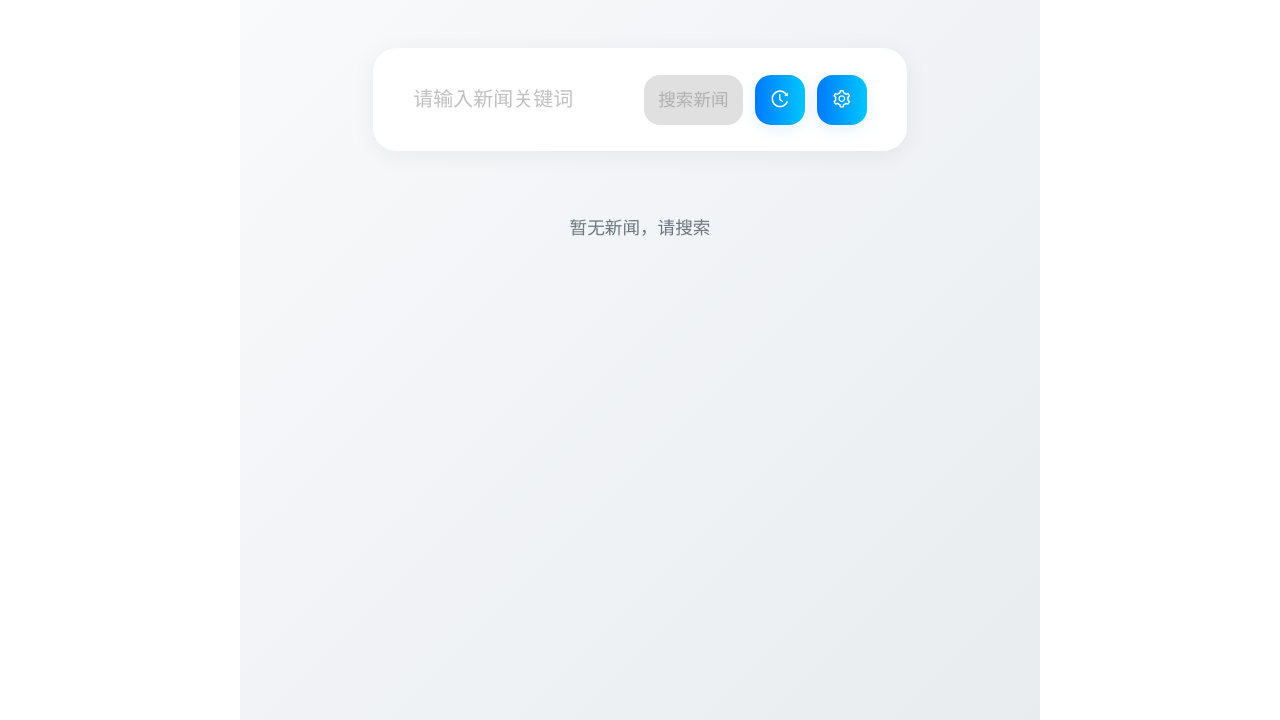
Repository: XJN7197/NewsAssistantBaseMCP
Page: / (app in frontend/)
An editor plug-in stored every save of this project. The page is shown before and after the next save, followed by the edit.
The browser window is 1280 px wide. The pictures show the whole page.
The project was rebuilt for these pictures with package versions that can differ from the ones it lists, and the page was loaded fresh each time. Also part of the build but not shown: frontend/vite.config.ts.

Above is the page before, as saved 2025-05-23 18:36:31.

### frontend/src/App.tsx
import { useState } from 'react'
import Home from './pages/Home'
import './App.css'

function App() {

  return (
    <>
      <Home/>
    </>
  )
}

export default App

### frontend/src/pages/Home.module.css
.home-container {
  height: 100vh;
  width: 800px;
  background: linear-gradient(135deg, #f8fafc 0%, #e9ecef 100%);
  display: flex;
  flex-direction: column;
  align-items: center;
  padding: 48px 0 48px 0; /* 调整了上下padding，左右padding设为0，因为内容区会通过max-width控制 */
  font-family: -apple-system, BlinkMacSystemFont, "Segoe UI", Roboto, "Helvetica Neue", Arial, "PingFang SC", "Hiragino Sans GB", "Microsoft YaHei", sans-serif;
}

.search-bar {
  display: flex;
  justify-content: flex-end; /* 右对齐 */
  align-items: center;
  gap: 12px; /* 固定间距 */
  position: sticky;
  top: 0;
  z-index: 1;
  background: #fff;
  border-radius: 24px;
  box-shadow: 0 4px 24px 0 rgba(0,0,0,0.06);
  padding: 24px 40px;
  margin-bottom: 24px;
  width: 66.66%;
  max-width: none;
}

.search-bar input[type="text"] {
  flex: 1; /* 让输入框占据剩余空间 */
  min-width: 0; /* 防止flex子元素溢出 */
  border: none;
  outline: none;
  font-size: 1.25rem;
  background: transparent;
  color: #222;
  padding: 12px 6px;
}

.search-bar button {
  height: 50px;
  background: linear-gradient(90deg, #007aff 0%, #00c6fb 100%);
  color: #fff;
  border: none;
  border-radius: 16px; /* 更大的圆角 */
  padding: 14px 36px; /* 增加了按钮padding */
  font-size: 1.1rem; /* 稍大字体 */
  font-weight: 500;
  cursor: pointer;
  transition: background 0.2s, box-shadow 0.2s;
  box-shadow: 0 4px 16px 0 rgba(0,122,255,0.10); /* 按钮阴影 */
}

.search-bar button:disabled {
  background: #e0e0e0;
  color: #b0b0b0;
  cursor: not-allowed;
  box-shadow: none;
}

.news-list-container { /* Renamed from .news-list */
  width: 66.66%; /* 宽度固定为视口宽度的2/3 */
  /* height: 1500px; 高度固定为1500px */
  max-width: none; /* 移除最大宽度限制 */
  margin-bottom: 40px;
  min-height: 180px; /* 最小高度，避免内容过少时塌陷 */
  display: flex;
  flex-direction: column;
  gap: 24px; /* 新闻卡片之间的间距 */
  overflow-y: auto; /* 添加垂直滚动 */
  /* 可以在这里添加新闻卡片的样式，或者为新闻卡片组件单独创建样式文件 */
}

/* 针对 news-list 中暂无新闻的提示文本样式 */
.news-list > div {
  color: #6c757d; /* 柔和的提示文字颜色 */
  font-size: 1.1rem;
  text-align: center;
  padding: 40px 0;
}

/* Styles for .news-card, .checkbox-container, .news-content, .news-title, .news-desc, .news-link are removed as Ant Design components handle them */

/* 错误消息样式 */
.error-message {
  color: #dc3545; /* 红色错误提示 */
  font-size: 1.1rem;
  text-align: center;
  padding: 40px 0;
}


.analyze-btn {
  margin-bottom: 32px;
}

.analyze-btn button {
  background: linear-gradient(90deg, #34e89e 0%, #0f3443 100%); /* 保持了之前的渐变色 */
  color: #fff;
  border: none;
  border-radius: 16px; /* 更大的圆角 */
  padding: 16px 48px; /* 增加了按钮padding */
  font-size: 1.2rem; /* 稍大字体 */
  font-weight: 600;
  cursor: pointer;
  transition: background 0.2s, box-shadow 0.2s;
  box-shadow: 0 4px 16px 0 rgba(52,232,158,0.10); /* 按钮阴影 */
}

.analyze-btn button:disabled {
  background: #e0e0e0;
  color: #b0b0b0;
  cursor: not-allowed;
  box-shadow: none;
}

/* Styles for .report-modal and its children are removed as Ant Design Modal component handles them */

### frontend/src/mock/newsData.ts
export const mockNewsData = {
    news_list: [
      {
        title: "Qwen引领AI前端技术革新：深度解析一句话开发网页的突破_模型_行业_创新",
        desc: "在人工智能快速发展的2025年，来自量子位的最新报道显示，AI技术正迎来前所未有的革新，尤其是在前端开发领域。由Qwen推出的“AI前端工程师”WebDev工具，以...",
        url: "https://news.sohu.com/a/893821748_121924584"
      },
      {
        title: "谷歌推Gemini2.5Pro模型，AI 助力前端开发与复杂编程",
        desc: "谷歌推Gemini2.5Pro模型#，AI 助力前端开发与复杂编程】5 月7 日消息，科技媒体The Decoder 昨日（5 月6 日）发布博文，报道称谷歌为预热今年的I/O...",
        url: "https://news.sina.com.cn/external/car/2025-05-07/doc-inevtine1324735.shtml"
      },
      {
        title: "前端程序员请注意！首个截图就能生成现代前端代码的AI来了 | 已开源",
        desc: "现在截图生成代码，已经来到了一个新高度——. ⾸个⾯向现代前端代码⽣成的多模态⼤模型解决⽅案，来了！ 而且是开源的那种。 前端程序员请注意！首个截图就能...",
        url: "https://www.qbitai.com/2025/02/258521.html"
      },
      {
        title: "AI包办79%代码，程序员饭碗不保，前端开发要凉，人类只配改Bug？",
        desc: "编码助手更偏向自动化。有79%的Claude Code对话可以被归为「自动化」，即AI直接完成任务，而不是与人类协作「增强」。相比之下，Claude.ai的对话中只有49%是...",
        url: "https://m.36kr.com/p/3271134281245063"
      },
      {
        title: "武汉烽火申请前后端协同开发方法专利，大大降低前后端耦合度",
        desc: "本文源自:金融界. 金融界2025年5月15日消息，国家知识产权局信息显示，武汉烽火信息集成技术有限公司申请一项名为“前后端协同开发方法、装置、设备及可...",
        url: "https://cj.sina.cn/articles/view/1704103183/65928d0f02007wlqg?froms=ggmp"
      }
    ]
  };

### frontend/src/mock/reportData.ts
// 模拟舆情分析报告数据
export const mockReportData = {
  report: `
  **分析时间：** 2025-05-22 20:48:32

  ---

  ## 📥 原始新闻内容

  ### 新闻1
  - **标题**: Qwen引领AI前端技术革新：深度解析一句话开发网页的突破_模型_行业_创新
  - **描述**: 在人工智能快速发展的2025年，来自量子位的最新报道显示，AI技术正迎来前所未有的革新，尤其是在前端开发领域。由Qwen推出的“AI前端工程师”WebDev工具，以...
  - **链接**: https://news.sohu.com/a/893821748_121924584

  ### 新闻2
  - **标题**: 谷歌推Gemini2.5Pro模型，AI 助力前端开发与复杂编程
  - **描述**: 谷歌推Gemini2.5Pro模型#，AI 助力前端开发与复杂编程】5 月7 日消息，科技媒体The Decoder 昨日（5 月6 日）发布博文，报道称谷歌为预热今年的I/O...
  - **链接**: https://news.sina.com.cn/external/car/2025-05-07/doc-inevtine1324735.shtml

  ### 新闻3
  - **标题**: 前端程序员请注意！首个截图就能生成现代前端代码的AI来了 | 已开源
  - **描述**: 现在截图生成代码，已经来到了一个新高度——. ⾸个⾯向现代前端代码⽣成的多模态⼤模型解决⽅案，来了！ 而且是开源的那种。 前端程序员请注意！首个截图就能...
  - **链接**: https://www.qbitai.com/2025/02/258521.html

  ### 新闻4
  - **标题**: AI包办79%代码，程序员饭碗不保，前端开发要凉，人类只配改Bug？
  - **描述**: 编码助手更偏向自动化。有79%的Claude Code对话可以被归为「自动化」，即AI直接完成任务，而不是与人类协作「增强」。相比之下，Claude.ai的对话中只有49%是...
  - **链接**: https://m.36kr.com/p/3271134281245063

  ### 新闻5
  - **标题**: 武汉烽火申请前后端协同开发方法专利，大大降低前后端耦合度
  - **描述**: 本文源自:金融界. 金融界2025年5月15日消息，国家知识产权局信息显示，武汉烽火信息集成技术有限公司申请一项名为“前后端协同开发方法、装置、设备及可...
  - **链接**: https://cj.sina.cn/articles/view/1704103183/65928d0f02007wlqg?froms=ggmp

  ---

  ## 📊 分析结果

  ### 舆情分析报告
  **日期**：2025年5月
  **分析范围**：五篇关于AI与前端开发的新闻

  ---

  #### **一、情绪倾向分析**
  | 新闻编号 | 情绪倾向 | 原因说明 |
  |----------|----------|----------|
  | **新闻1** | **正面** | 强调Qwen的“革新”“突破”等词汇，突出AI技术对前端开发的赋能，传递积极创新信号。 |
  | **新闻2** | **正面** | 谷歌推出新模型推动“AI助力前端开发”，体现技术迭代的行业趋势，语气温和但积极。 |
  | **新闻3** | **正面** | 聚焦“首个截图生成代码”“开源”等关键词，展示AI工具的实用性和开放性，引发开发者关注。 |
  | **新闻4** | **负面** | 标题直接使用“饭碗不保”“要凉”等强烈词汇，讨论AI对程序员职业的冲击，情绪偏担忧。 |
  | **新闻5** | **正面** | 武汉烽火的专利申请聚焦“降低耦合度”技术优化，体现行业对效率提升的关注，属中性积极技术报道。 |

  ---

  #### **二、舆情总结**
  1. **技术革新主导正面情绪**
     - 多篇新闻聚焦AI在前端开发中的创新应用（如Qwen、Gemini2.5Pro、开源工具），强调效率提升、自动化开发等优势，反映行业对AI技术的期待与认可。
     - 专利申请（新闻5）进一步表明企业对技术优化的重视，传递积极发展趋势。

  2. **负面情绪集中于就业风险**
     - 新闻4通过“79%代码由AI包办”“程序员饭碗不保”等表述，引发对AI替代人力的焦虑，负面情绪显著，但未否认技术价值。

  3. **行业矛盾与机遇并存**
     - 正面报道多关注技术突破，负面内容则反映人类与AI协作模式的争议，整体呈现“技术进步”与“职业担忧”的双重叙事。

  ---

  #### **三、建议**
  - **技术开发者**：关注AI工具的开源与迭代（如新闻3），同时提升复合技能以适应自动化趋势。
  - **企业与政策制定者**：平衡技术应用与就业保障，推动人机协作模式的探索。
  - **媒体传播**：客观呈现AI对行业的赋能与挑战，避免过度渲染负面情绪。

  **结论**：当前舆情以技术革新为核心积极主题，但需警惕AI对职业结构的潜在冲击，行业需在创新与人文关怀间寻求平衡。
`
}

Loaded but not shown: frontend/index.html (common file); frontend/src/main.tsx (common file); frontend/src/index.css (common file); frontend/src/App.css (common file); frontend/src/pages/Home.tsx (587 lines, source omitted)

After the next save:
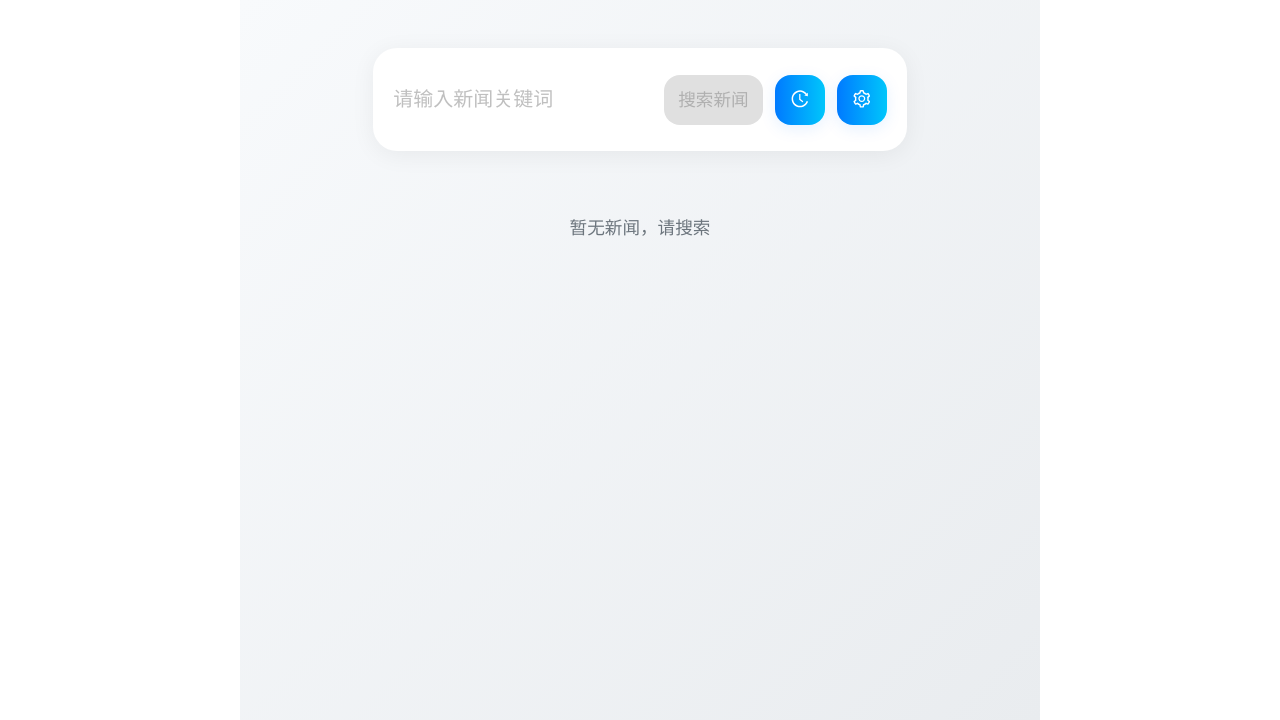
Saved 24 s later.
--- a/frontend/src/pages/Home.module.css
+++ b/frontend/src/pages/Home.module.css
@@ -20,7 +20,7 @@
   background: #fff;
   border-radius: 24px;
   box-shadow: 0 4px 24px 0 rgba(0,0,0,0.06);
-  padding: 24px 40px;
+  padding: 24px 20px;
   margin-bottom: 24px;
   width: 66.66%;
   max-width: none;
